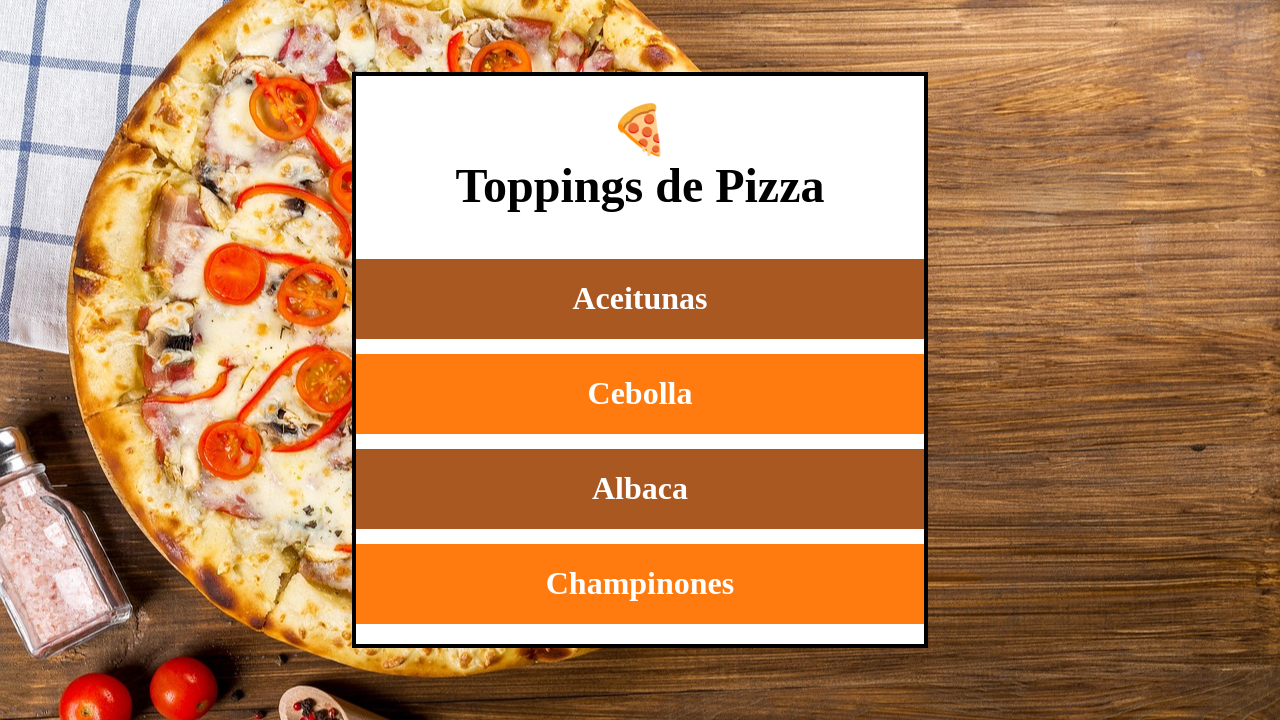
Repository: JoyMoGas/javascript-learn
Page: toppings-de-pizza/index.html
These files come from the project's save history. The page is drawn as it stood at one moment and after the next save; the edit follows.
The browser window is 1280 px wide. The pictures show the whole page.

Above is the page before, as saved 2024-05-07 17:02:46.

After the next save:
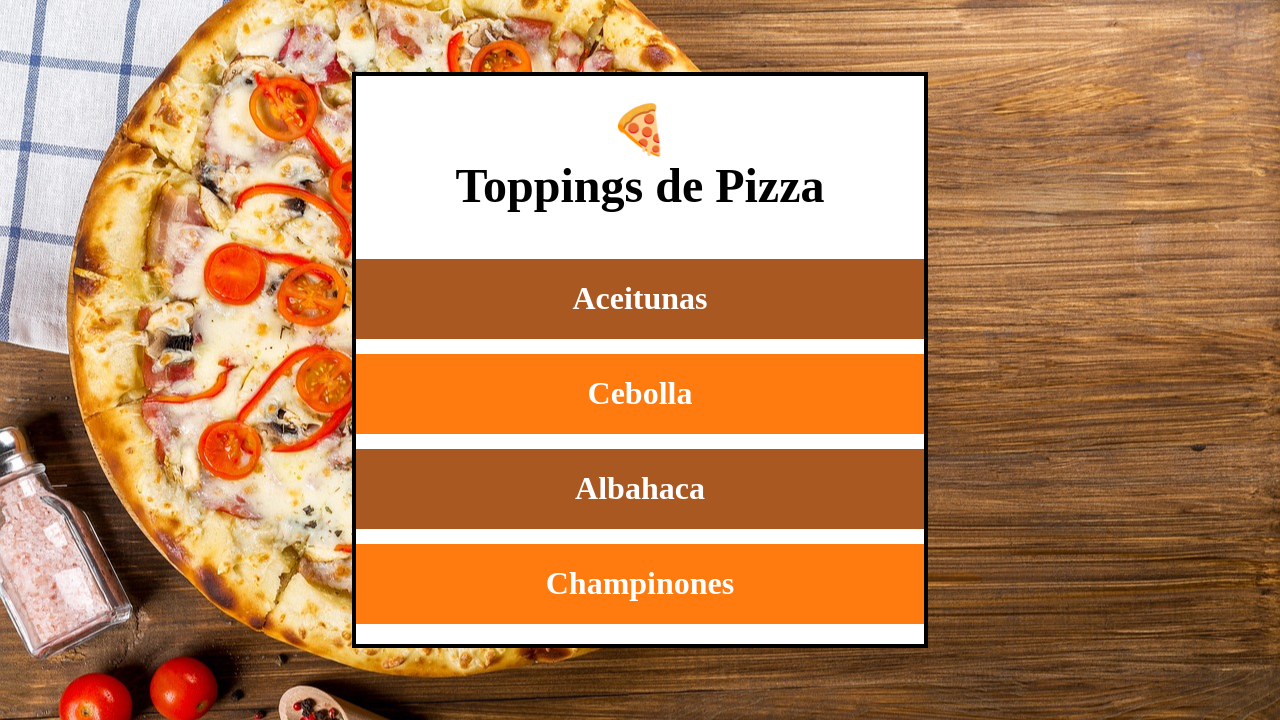
Saved 6 min 18 s later.
--- a/toppings-de-pizza/index.html
+++ b/toppings-de-pizza/index.html
@@ -12,7 +12,7 @@
       <ul id="lista-toppings">
         <li class="topping fondo-marron" id="aceitunas">Aceitunas</li>
         <li class="topping fondo-naranja">Cebolla</li>
-        <li class="topping fondo-marron" id="albaca">Albaca</li>
+        <li class="topping fondo-marron" id="Albahaca">Albahaca</li>
         <li class="topping fondo-naranja">Champinones</li>
       </ul>
     </div>
